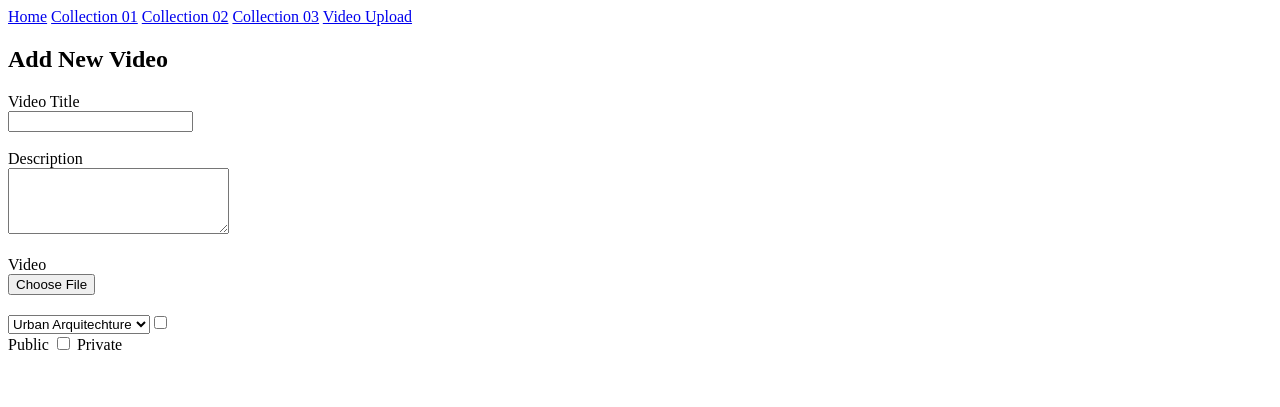
Repository: JoaoLemesDEV/Project-MyTube
Page: video_upload_page.html
These files come from the project's save history. The page is drawn as it stood at one moment and after a run of saves; the edit follows.
The browser window is 1280 px wide. The pictures show the whole page.

Above is the page before, as saved 2021-10-10 21:29:29.

After the next 2 saves:
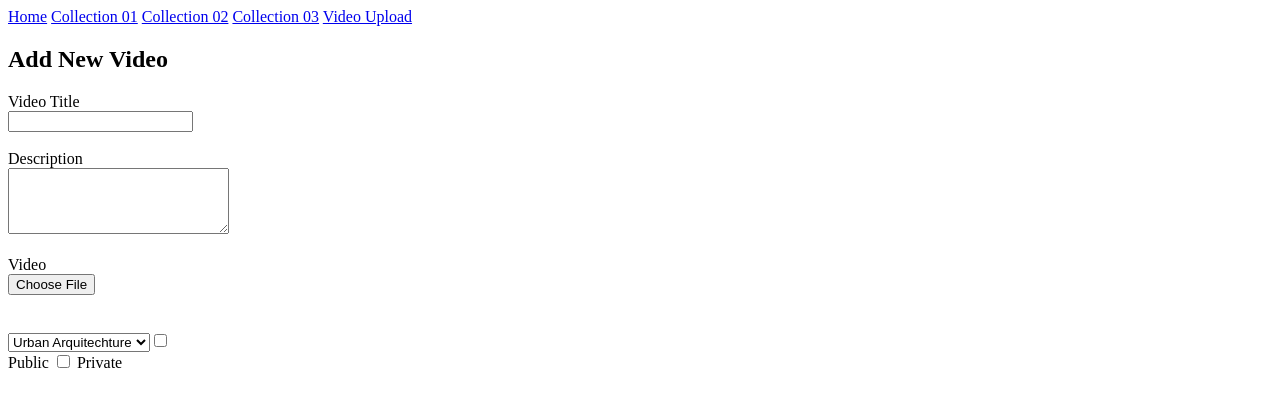
The 2 saves are shown as one change because they came seconds apart.
The last was saved 7 s later.
--- a/video_upload_page.html
+++ b/video_upload_page.html
@@ -21,11 +21,11 @@
 <label for="description">Description</label><br>
 <textarea name="description" id="descripition" cols="25" rows="4"></textarea><br><br>
 <label for="video">Video</label><br>
-<input type="button" value="Choose File"><br><br>
-<select name="collection" id="">
-  <option value="collection">Urban Arquitechture</option>
-  <option value="collection">Coding Interviews</option>
-  <option value="collection">Japan Aesthetic</option>
+<input type="button" value="Choose File"><br><br><br>
+<select name="collection" id=""><br>
+  <option value="collection">Urban Arquitechture</option><br>
+  <option value="collection">Coding Interviews</option><br>
+  <option value="collection">Japan Aesthetic</option><br>
   <br><br><input type="checkbox" name="checkbox" id="">
   <br><label for="">Public</label>
   <input type="checkbox" name="" id="">
